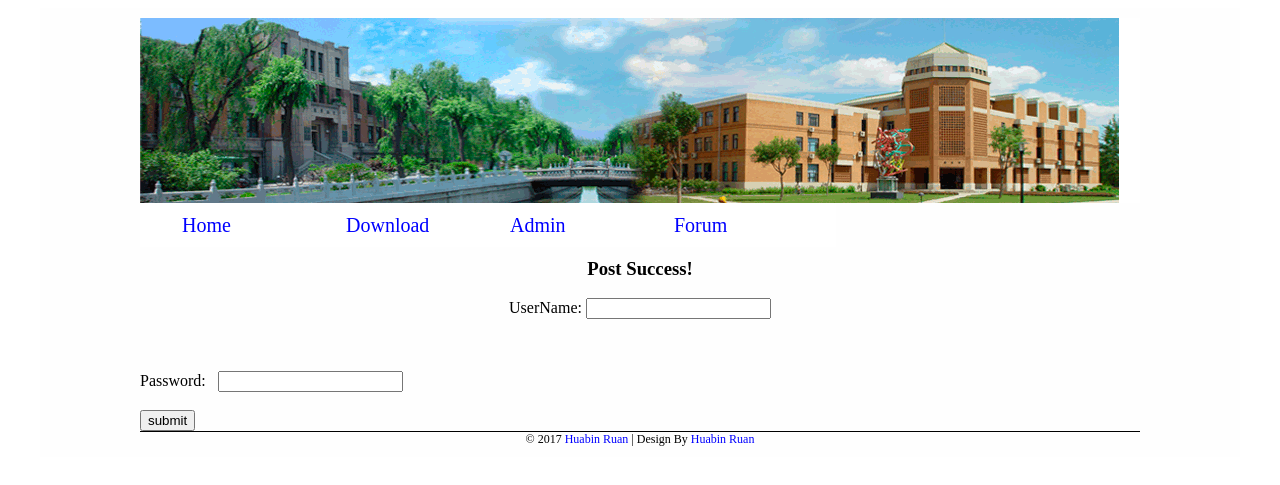
Repository: ruanhuabin/LifeSoftwareWebSite
Page: http://localhost/CryoEM/admin_login.jsp
The author's editor kept a copy of each file at every save. The page is drawn from the files as they stood at one save, then again after the next save.
The browser window is 1280 px wide. The pictures show the whole page.
The page is served by Tomcat 9. Nobody is signed in. The application's start-up code is not run. Other server files are loaded and not shown.

Above is the page before, as saved 2017-08-08 09:28:34.

### CryoEM/WebRoot/admin_login.jsp
<%@ page language="java" import="java.util.*" pageEncoding="utf-8"%>
<%
String path = request.getContextPath();
String basePath = request.getScheme()+"://"+request.getServerName()+":"+request.getServerPort()+path+"/";
%>


<!DOCTYPE html PUBLIC "-//W3C//DTD XHTML 1.0 Transitional//EN" "http://www.w3.org/TR/xhtml1/DTD/xhtml1-transitional.dtd">
<html xmlns="http://www.w3.org/1999/xhtml">
<head>
<meta http-equiv="Content-Type" content="text/html; charset=utf-8" />
<link href="<%=basePath%>/style.css" rel="stylesheet" type="text/css" />
</head>
<body>


<div id="main-container">
<div id="header"></div>
<div id="navigation">
	<ul>
		<li><a href="<%=path%>/index.jsp">Home</font></a></li>
		<li><a href="<%=path%>/user/User_listSoftware.action">Download</a></li>
		<li><a href="<%=path%>/post/Admin_toAdmin.action">Admin</a></li>
		<li><a href="http://10.10.32.133/thunder/answers/">Forum</a></li>
	</ul>
</div>
<script type="text/javascript">
		var index_plist = {
			obj : document.getElementById("navigation")
					.getElementsByTagName("li"),
			currObj : null,
			init : function() {
				for (i = 0; i < index_plist.obj.length; i++) {
					eval("index_plist.obj[i].getElementsByTagName('a')[0].onclick=function(){this.className='curr';if(index_plist.currObj){index_plist.currObj.className=''}index_plist.currObj=this}");
				}
			}
		};
		index_plist.init();
</script>


<br/>
<br/>

 <h3 align="center">
	 Post Success!
 </h3>
<div id="admin-login-form">
	<form action="post/Admin_adminLogin.action"	enctype="multipart/form-data" method="post" style="" title="" id="" class="">


	  <p align="center">UserName: <input type="text" name="username"/> </p>
	  <br />
	  <br />
	  Password:&nbsp;&nbsp; <input type="password" name="password"/>
	  <br />
	  <br/>

	  <input type="submit" value="submit" />

</form>
</div>
<div id="footer">&copy; 2017 <a href="mailto:ruanhuabin@tsinghua.edu.cn">Huabin Ruan</a> | Design By <a href="#">Huabin Ruan</a> </div>
</div>


</body>
</html>

### CryoEM/WebRoot/style.css
#header {height:185px; width:100%;background-image: url(images/banner.png);background-repeat: no-repeat; background-color:white;}
body
{
	background-color:white;
	font-family: "Times New Roman",Georgia,Serif
}
#footer {
	width:100%;
	border-top:  #000000 1px solid;
	text-align:center;
	font-size:12px;
	}


.form-div {
    /* border: 1px solid black; */
    margin-top: 20px;
    margin-bottom: 100px;
    margin-right: 150px;
    margin-left: 0px;
    background-color: white;
}

#admin-login-form {

   /*  margin-top: 50px;
    margin-bottom: 100px;
    margin-right: 150px;
    margin-left: 200px;
    background-color: white; */
    align: center

}

#content-div {
   /*  border: 1px solid black; */
    margin-top: 40px;
    margin-bottom: 100px;
    margin-right: 150px;
    margin-left: 0px;
    background-color: white;
}

#main-container {
	width:1000px;
	/* width:80% */
	border: #000000 0px solid;
	margin: 0 auto;
 	background-color:#FEFEFE;
   /*  background-color:white; */

    clear:both;
	/* padding:25px 100px; */
	padding:10px 100px
	}

#leftbar {
	float:left;
	width:800px;
	border-right:1px solid #BCBDBC;
}

#rightbar {
	float:left;
	width:200px;
}

a
{
	text-decoration: none;
	color:blue;
}

a:hover
{
	color:red;
}
a:visited
{
	color: blue;
}

ul {margin-left: 0; padding-left: 40px;}
/* li {margin-left: 0; padding-left: 50px;} */

#navigation{list-style:none; text-align:left; font-size:20px; background:white; float:left}
#navigation li{width:160px; height:20px; line-height:0px; float:left; margin:2px; list-style:none;}
#navigation a{height:100%; display:block; text-decoration:none}
#navigation .curr{background:url(sub/images/nav_on.png); color:red;}

/* ul, li { list-style: none; margin: 0; padding: 0; }
ul { padding-left: 1em; }
li { padding-left: 1em;
  border: 1px dotted black;
  border-width: 0 0 1px 1px;
}
li.container { border-bottom: 0px; }
li.empty { font-style: italic;
  color: silver;
  border-color: silver;
}
li p { margin: 0;
  background: white;
  position: relative;
  top: 0.5em;
}
li ul {
  border-top: 1px dotted black;
  margin-left: -1em;
  padding-left: 2em;
}
ul li:last-child ul {
  border-left: 1px solid white;
  margin-left: -17px;
}  */


/* li{
    margin-top: 1px;
    margin:0;
    border:1px solid red;
}

li:first-child {
    margin-top:0;
} */

After the next save:
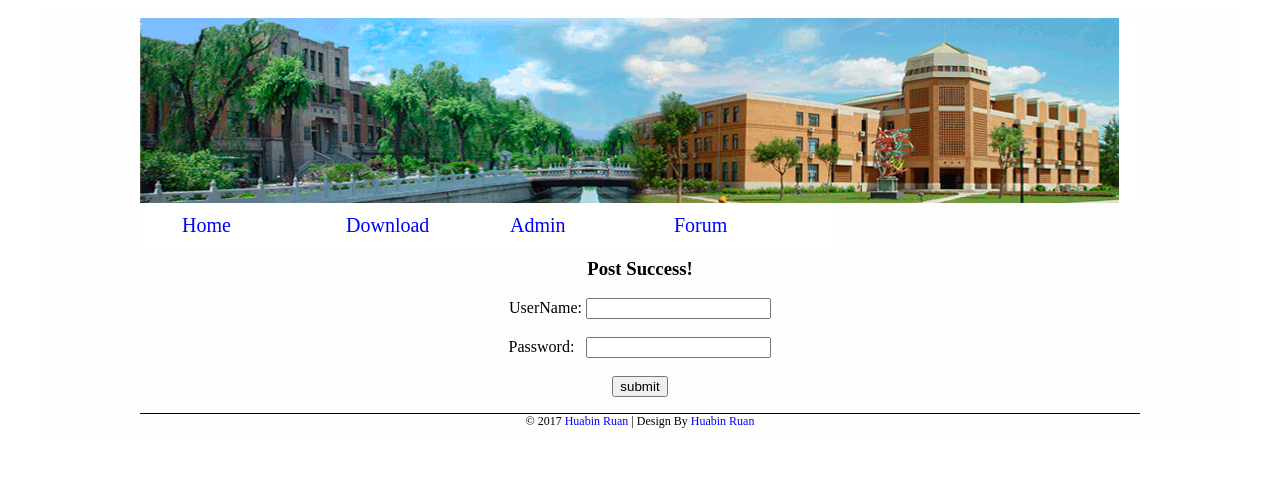
Saved 8 s later.
--- a/CryoEM/WebRoot/admin_login.jsp
+++ b/CryoEM/WebRoot/admin_login.jsp
@@ -49,7 +49,7 @@ String basePath = request.getScheme()+"://"+request.getServerName()+":"+request.
 	<form action="post/Admin_adminLogin.action"	enctype="multipart/form-data" method="post" style="" title="" id="" class="">
 
 
-	  <p align="center">UserName: <input type="text" name="username"/> </p>
+	  <p align="center">UserName: <input type="text" name="username"/>
 	  <br />
 	  <br />
 	  Password:&nbsp;&nbsp; <input type="password" name="password"/>
@@ -57,6 +57,7 @@ String basePath = request.getScheme()+"://"+request.getServerName()+":"+request.
 	  <br/>
 
 	  <input type="submit" value="submit" />
+	  </p>
 
 </form>
 </div>
